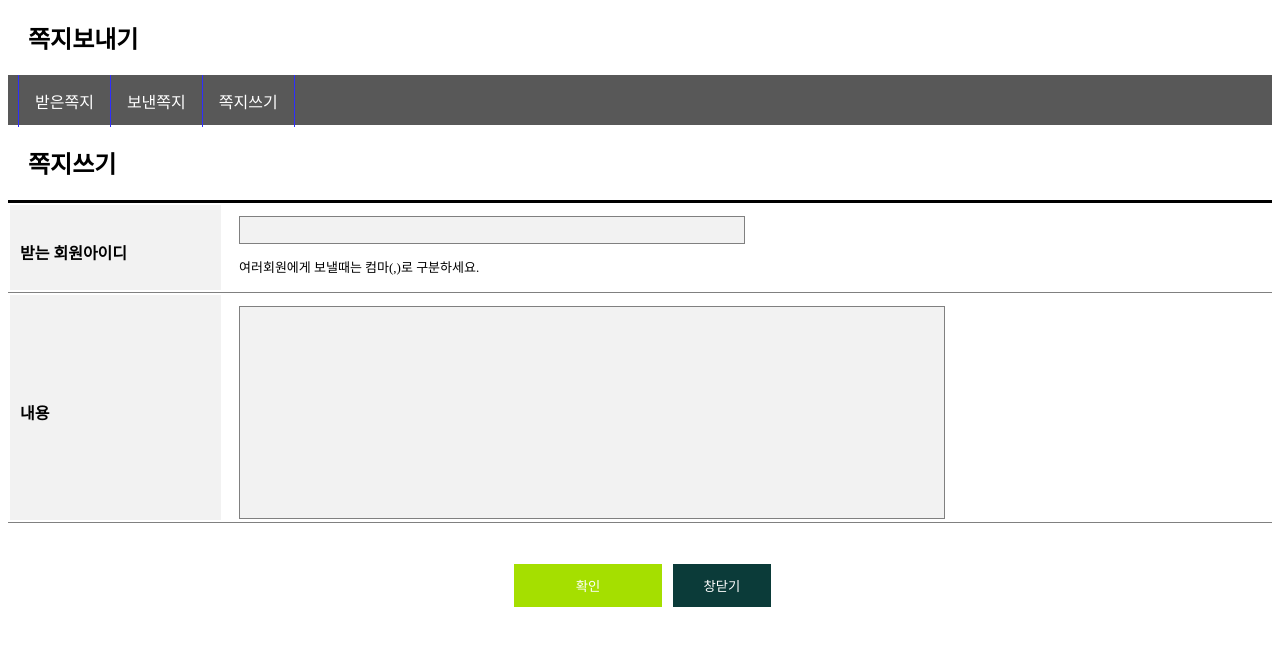
Repository: ks12b0000/JSP-School-Class
Page: chap10_JSP/src/main/webapp/Test/sendMessage.html
The author's editor kept a copy of each file at every save. The page is drawn from the files as they stood at one save, then again after the next save.
The browser window is 1280 px wide. The pictures show the whole page.

Above is the page before, as saved 2022-06-04 11:57:12.

### chap10_JSP/src/main/webapp/Test/sendMessage.html
<!DOCTYPE html>
<html>
<head>
	<meta charset="UTF-8">
	<meta name="viewport" content="width=device-width, initial-scale=1.0">
	<title>쪽지쓰기</title>
	<link rel="stylesheet" href="loginWrite.css" />
</head>
<body>
	<h2>쪽지보내기</h2>
	<div class="menu1">
		<ul>
			<li><a href="#" id="a1">받은쪽지</a></li>
			<li><a href="#">보낸쪽지</a></li>
			<li><a href="#">쪽지쓰기</a></li>
		</ul>
	</div>
	<h2>쪽지쓰기</h2>
	<table class="Profile3">
		<tr>
			<th id="id12"><strong>받는 회원아이디</strong></th>
			<td><input type="text" /><br/><p>여러회원에게 보낼때는 컴마(,)로 구분하세요.</p></td>
		</tr>
	</table>
	<table class="Profile4">
		<tr>
			<th id="id13"><strong>내용</strong></th>
			<td><input type="text" /></td>
		</tr>
	</table>
	<div class="button12">
		<a href="#"><input id="Confirm12" type="button" value="확인" /></a>
		<a href="messageBox.html"><input id="close12" type="button" value="창닫기" /></a>
	</div>
</body>
</html>

### chap10_JSP/src/main/webapp/Test/loginWrite.css
@charset "UTF-8";
	body h2 {
		margin-left: 20px;
	}
	.login1 {
		width: 500px;
		border: 1px solid gray;
		margin: 40px;
		padding: 40px;

	}
	.login1 #id {
		width: 400px;

		padding: 4px;
	}
	.login1 #id input {

		margin-left: 30px;
	}
	.login1 #pw {

		padding: 4px;
	}
	.login1 #pw input {

		margin-left: 52px;
	}
	.login1 #login_Bt {
		text-align: right;
		margin-top: -50px;
		margin-right: 120px;
	}
	.login1 #login_Bt input {
		margin-left: 5px;
		padding: 12px;
		border: 1px solid white;
		background-color: #A5DF00;
		color: white;
	}
	.login1 #login_Ck {
		margin-top: 10px;
	}
	.login2 {
		border: 1px solid gray;
		font-size: 13px;
		background-color: #F2F2F2;
		width: 500px;
		margin: 40px;
		padding: 40px;
		margin-top: -50px;

	}
	.login2 h3 {
		margin-top: -20px;
		margin-left: -30px;
	}
	.login2 p {
		margin-top: -20px;
		margin-left: -30px;
	}
	.login2 form {
		margin-top: 10px;
		margin-left: 250px;

	}
	.login2 #idpw_bt {
		border: 1px solid white;
		background-color: #A5DF00;
		color: white;
	}
	.login2 #signup {
		border: 1px solid #BFFF00;
		background-color: white;
		color: #80FF00;
	}
	body #mainback {
		margin-left: 220px;
		text-decoration: none;
		color: black;
	}
	body #em2 {
		border-top: 1px solid gray;
		margin-left: 20px;
		padding-top: 15px;
	}
	#email1 {
		margin-left: 20px;
		font-size: 19px;
	}
	#email1 input {
		width: 500px;
		height: 30px;
	}
	.button {
		margin-top: 40px;
		margin-left: 250px;
	}
	.button #Confirm {
		margin-left: 5px;
		padding: 12px;
		width: 150px;
		border: 1px solid white;
		background-color: #A5DF00;
		color: white;
	}
	.button #close {
		margin-left: 5px;
		padding: 12px;
		width: 100px;
		border: 1px solid white;
		background-color: #0B3B39;
		color: white;
	}
	body #tm2 {
		color: red;
		text-align: center;
	}
	body #tm3,#tm5 {
		text-align: center;
	}
	body #tm4,#tm6 {
		border: 1px solid black;
		width: 1300px;
		height: 300px;
		background-color: #D8D8D8;
		margin-left: 10px;
	}
	#terms_Ck,#terms_Ck2 {
		text-align: right;
	}
	#signup3 {
		text-align: center;
	}
	#signup3 input {
		margin-left: 5px;
		padding: 12px;
		border: 1px solid white;
		background-color: #A5DF00;
		color: white;
	}
	.button3 {
		text-align: right;
		margin-top: -50px;
		margin-right: 10px;
	}
	.button3 #notebox {
		border: 1px solid #BFFF00;
		background-color: white;
		color: #80FF00;
		padding: 6px;
	}
	.button3 #Revise {
		border: 1px solid #BFFF00;
		background-color: white;
		color: #80FF00;
		padding: 6px;
	}
	.button3 #secession {
		border: 1px solid white;
		background-color: #A5DF00;
		color: white;
		padding: 6px;
	}
	.Profile111 {
		border: 1px solid gray;
		border-collapse: collapse;
		margin-top: 15px;
		width: 100%;
		height: 150px;
		background-color: #FAFAFA;
	}
	.Profile111 #Profile112 {
		border-bottom: 1px solid gray;
	}
	.Profile2 {
		border-top: 3px solid black;
		width: 100%;
		background-color: #F2F2F2;
		height: 50px;
		border-bottom: 1px solid gray;
		margin-top: 20px;
	}
	#hh3 {
		margin-left: 10px;
	}
	.Contents {
		text-align: center;
		margin-top: 100px;
		border-bottom: 1px solid gray;
		height: 100px;
	}
	.menu1 ul {
		background-color: #585858;
		height: 50px;
		margin: 0;
		padding: 0;
		list-style: none;

	}
	.menu1 li {
		float: left;
		border-right: 1px solid #2E2EFE;
	}
	.menu1 li a {
		padding-left: 10px;
		color: white;
		text-decoration: none;
		display: block;
		text-align: center;
		padding: 14px 16px;
	}
	.menu1 #a1 {
		border-left: 1px solid #2E2EFE;
		margin-left: 10px;
	}
	.guide {
		text-align: left;
	}
	.button2 {
		text-align: center;
	}
	.button2 #close2 {
		text-align: center;
		padding: 10px;
		width: 80px;
		border: 1px solid white;
		background-color: #0B4C5F;
		color: white;
	}
	.Profile3 {
		border-top: 3px solid black;
		width: 100%;
		height: 50px;
		margin-top: 20px;
	}
	.Profile3 #id12 {
		margin-top: 20px;
		padding-left:10px;
		padding-top: 10px;
		text-align: left;
		width: 200px;
		background-color: #F2F2F2;
		height: 60px;
	}
	.Profile3 input {
		background-color: #F2F2F2;
		margin-left: 15px;
		margin-top: 10px;
		padding-top: 10px;
		border: 1px solid gray;
		width: 500px;
		text-align: left;
	}
	.Profile3 p {
		font-size: 13px;
		margin-left: 15px;

	}
	.Profile4 {
		border-top: 1px solid gray;
		border-bottom: 1px solid gray;
		width: 100%;
		height: 50px;
	}
	.Profile4 #id13 {
		margin-top: 20px;
		padding-left:10px;
		padding-top: 10px;
		text-align: left;
		width: 200px;
		background-color: #F2F2F2;
		height: 200px;
	}
	.Profile4 input {
		background-color: #F2F2F2;
		margin-left: 15px;
		margin-top: 10px;
		padding-top: 10px;
		border: 1px solid gray;
		width: 700px;
		height: 200px;
		text-align: left;
	}
	.button12 {
		margin-top: 40px;
		text-align: center;
	}
	.button12 #Confirm12 {
		margin-left: 5px;
		padding: 12px;
		width: 150px;
		border: 1px solid white;
		background-color: #A5DF00;
		color: white;
	}
	.button12 #close12 {
		margin-left: 5px;
		padding: 12px;
		width: 100px;
		border: 1px solid white;
		background-color: #0B3B39;
		color: white;
	}

After the next save:
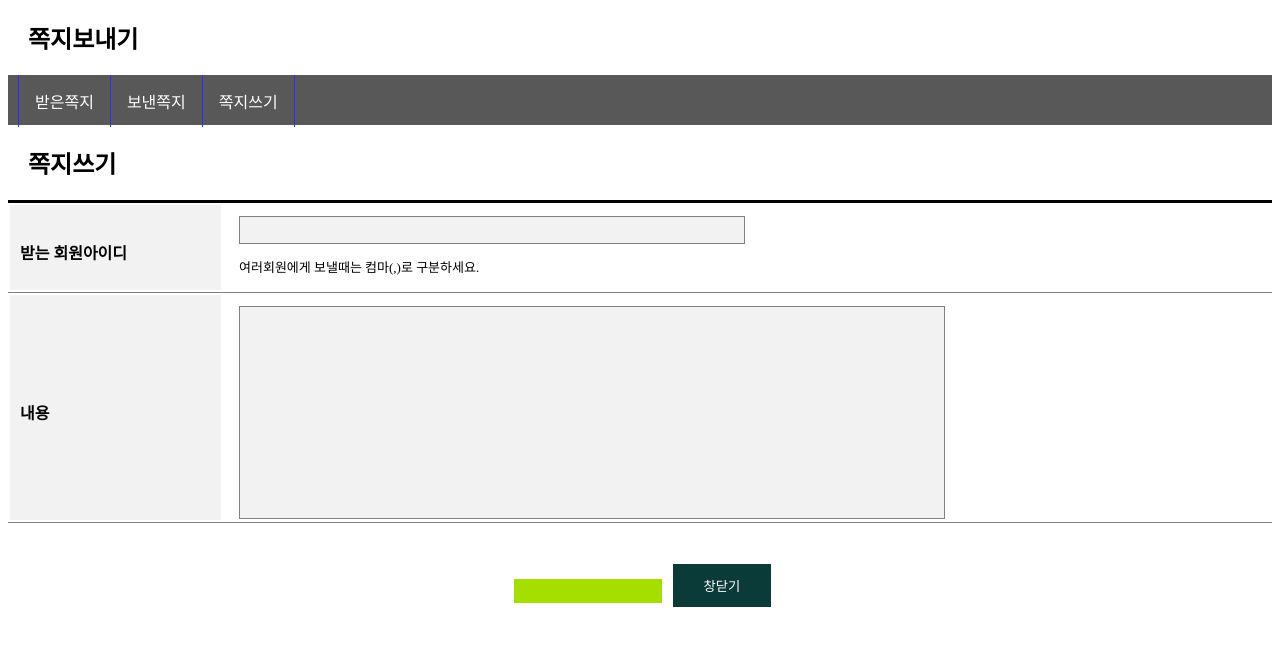
Saved 41 s later.
--- a/chap10_JSP/src/main/webapp/Test/sendMessage.html
+++ b/chap10_JSP/src/main/webapp/Test/sendMessage.html
@@ -29,7 +29,7 @@
 		</tr>
 	</table>
 	<div class="button12">
-		<a href="#"><input id="Confirm12" type="button" value="확인" /></a>
+		<a href="#"><button id="Confirm12" type="button" value="확인" ></button></a>
 		<a href="messageBox.html"><input id="close12" type="button" value="창닫기" /></a>
 	</div>
 </body>

After the 2 saves that followed:
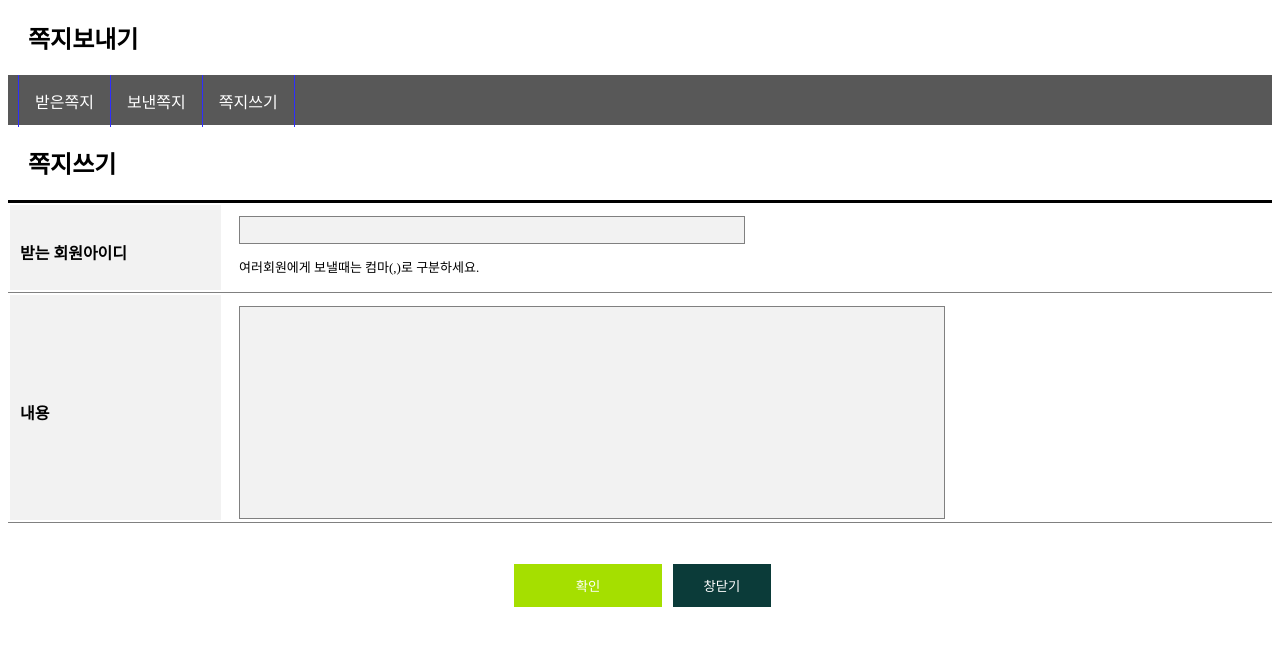
The 2 saves are shown as one change because 1 left the picture as it was.
The last was saved 36 s later.
--- a/chap10_JSP/src/main/webapp/Test/sendMessage.html
+++ b/chap10_JSP/src/main/webapp/Test/sendMessage.html
@@ -29,7 +29,7 @@
 		</tr>
 	</table>
 	<div class="button12">
-		<a href="#"><button id="Confirm12" type="button" value="확인" ></button></a>
+		<a href="#"><input id="Confirm12" type="button" value="확인" /></a>
 		<a href="messageBox.html"><input id="close12" type="button" value="창닫기" /></a>
 	</div>
 </body>
